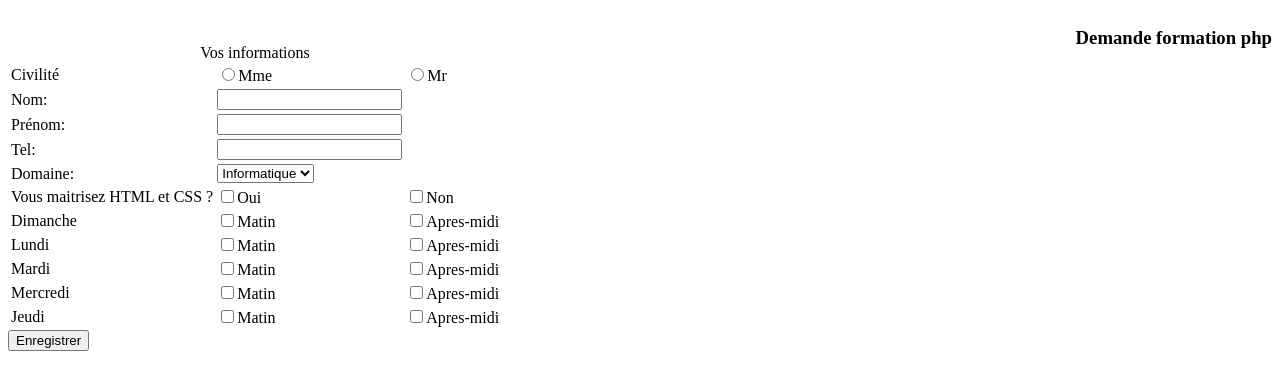
Repository: imouahrani/Gestion-des-stagiaires_JAVAEE
Page: http://localhost/LoginProjet/FormulaireInscription.jsp
The author's editor kept a copy of each file at every save. The page is drawn from the files as they stood at one save, then again after the next save.
The browser window is 1280 px wide. The pictures show the whole page.
The page is served by Tomcat 9. The template is opened directly, without the code that normally fills it, so the values that code supplies are empty.

Above is the page before, as saved 2018-08-02 10:34:02.

After the next save:
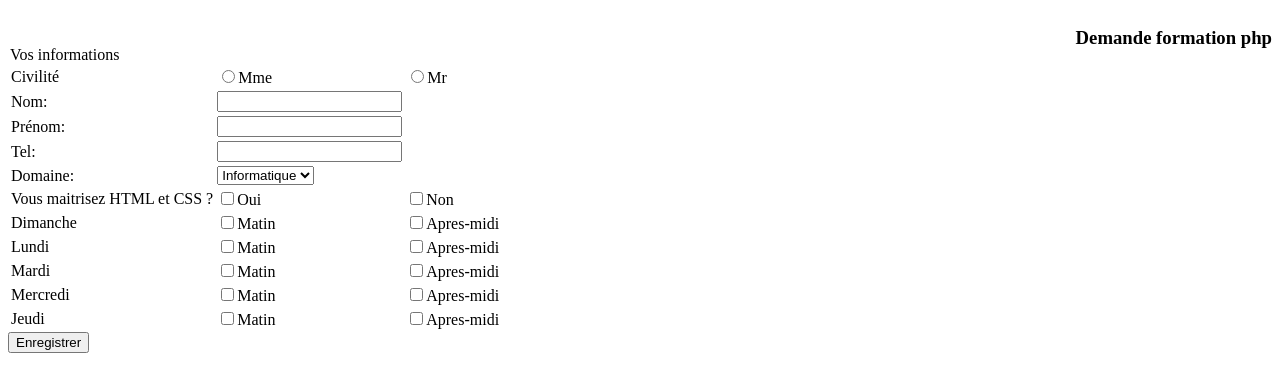
Saved 71 s later.
--- a/Formation Java Entreprise Edition/LoginProjet/WebContent/FormulaireInscription.jsp
+++ b/Formation Java Entreprise Edition/LoginProjet/WebContent/FormulaireInscription.jsp
@@ -18,12 +18,12 @@
 	</b>
 
 	<form action="TraiteInscription" method="post">
-		<h3 style="float: right;">Demande formation php</h3>
+		<h3 style="float: right; ">Demande formation php</h3>
 		<br>
 		<br>
 
 		<table>
-			<caption>Vos informations</caption>
+			<caption style="float: left;">Vos informations</caption>
 
 
 			<tr>
